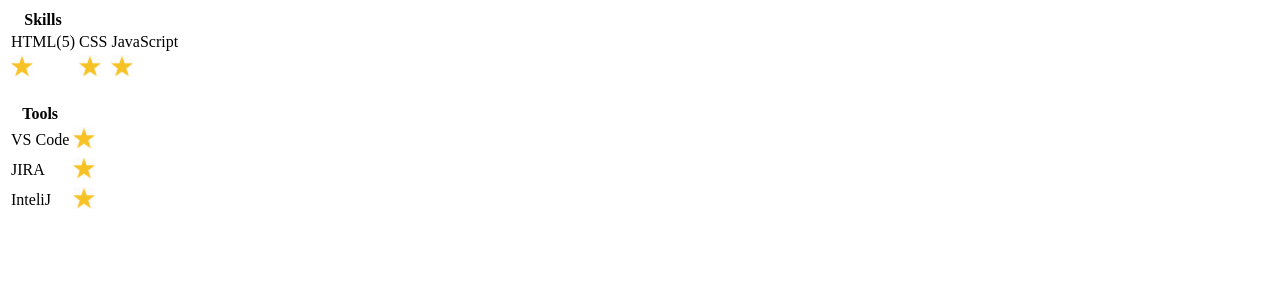
Repository: ew-code/Web-Development
Page: HTML - Personal Site/abilities.html
The author's editor kept a copy of each file at every save. The page is drawn from the files as they stood at one save, then again after the next save.
The browser window is 1280 px wide. The pictures show the whole page.

Above is the page before, as saved 2021-01-03 17:16:58.

### HTML - Personal Site/abilities.html
<!DOCTYPE html>
<html lang="en">

<head>
  <meta charset="UTF-8">
  <meta name="viewport" content="width=device-width, initial-scale=1.0">
  <meta http-equiv="X-UA-Compatible" content="ie=edge">
  <title>Abilities</title>
</head>

<body>

  <table>
    <colgroup span="4"></colgroup>
<tr>
    <th>Skills</th>
    <th></th>
    <th></th>
    <th></th>
      <tr>
        <td>HTML(5)</td>
        <td>CSS</td>
        <td>JavaScript</td>
      </tr>
       <tr>
      <td><img src="images\star.png" alt="yellow star"></td>
      <td><img src="images\star.png" alt="yellow star"></td>
      <td><img src="images\star.png" alt="yellow star"></td>
      </tr>
    </tbody>
  </table>
<br>
  <table>
    <thead>
      <tr>
        <th>Tools</th>
      </tr>
    </thead>
    <tbody>
      <tr>
        <td>VS Code</td>
        <td><img src="images\star.png" alt="yellow star"></td>
      </tr>
      <tr>
        <td>JIRA</td>
        <td><img src="images\star.png" alt="yellow star"></td>
      </tr>
      <td>InteliJ</td>
      <td><img src="images\star.png" alt="yellow star"></td>
      </tr>
    </tbody>
  </table>

</body>

</html>

After the next save:
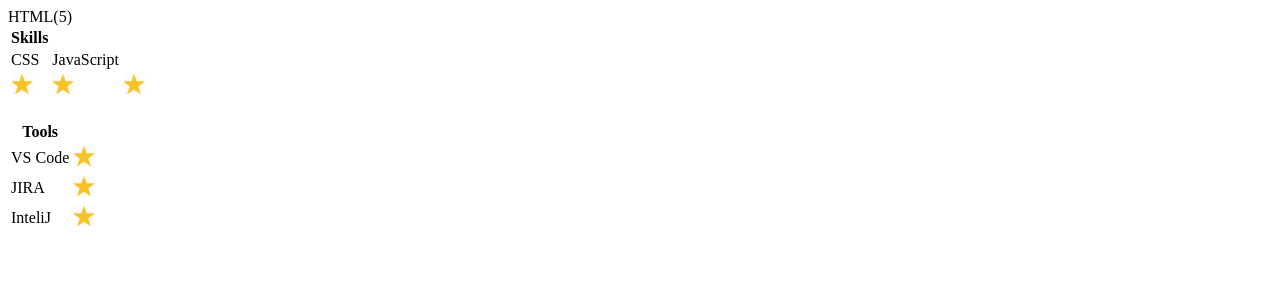
Saved 27 s later.
--- a/HTML - Personal Site/abilities.html
+++ b/HTML - Personal Site/abilities.html
@@ -18,7 +18,7 @@
     <th></th>
     <th></th>
       <tr>
-        <td>HTML(5)</td>
+        <t>HTML(5)</t>
         <td>CSS</td>
         <td>JavaScript</td>
       </tr>

After the save that followed:
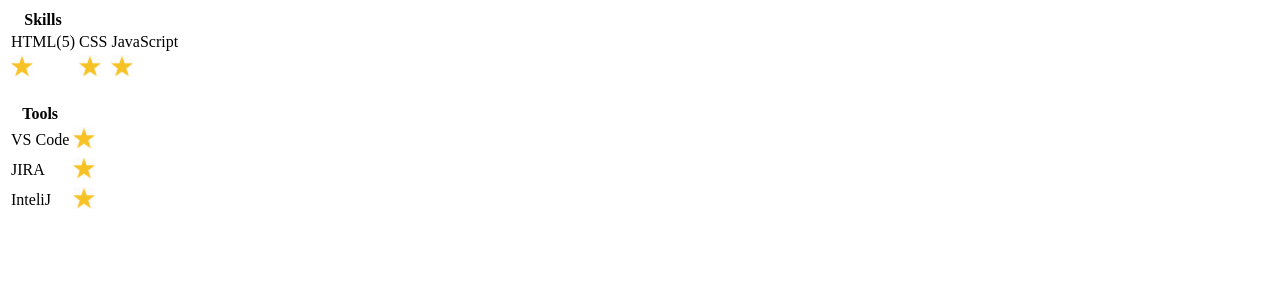
Saved 9 s later.
--- a/HTML - Personal Site/abilities.html
+++ b/HTML - Personal Site/abilities.html
@@ -18,7 +18,7 @@
     <th></th>
     <th></th>
       <tr>
-        <t>HTML(5)</t>
+        <td>HTML(5)</td>
         <td>CSS</td>
         <td>JavaScript</td>
       </tr>
